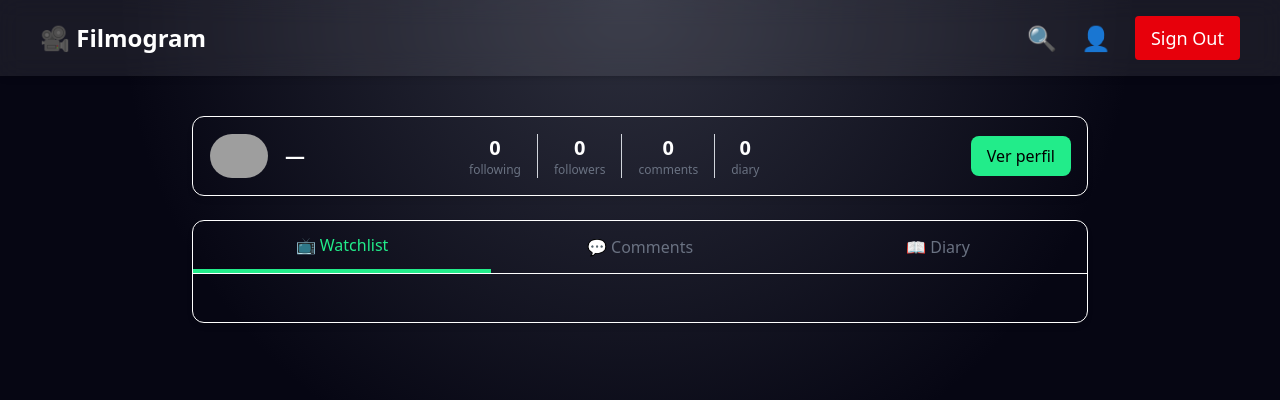
Repository: Leoonard1507/proyecto-final
Page: /client-profile
The author's editor kept a copy of each file at every save. The page is drawn from the files as they stood at one save, then again after the next save.
The browser window is 1280 px wide. The pictures show the whole page.
Pictures or frames that could not be fetched are drawn as grey boxes. The page's requests for data from a server got no answer. The project was rebuilt for these pictures with package versions that can differ from the ones it lists, and the page was loaded fresh each time. The framework's server and built-in components were replaced by stand-ins that run in the browser. No one was signed in, and anything a server would have sent is missing. Also part of the build but not shown: next.config.ts, src/app/components/profileSections/userWatchlist.tsx, src/app/components/profileSections/userComments.tsx, src/app/components/profileSections/userDiary.tsx, src/libs/axios.ts, src/app/components/profileSections/searchFavsEdit.tsx, src/app/components/profileSections/addFavoritesModal.tsx, src/app/components/profileSections/FavMoviesList.tsx.

Above is the page before, as saved 2025-05-26 13:57:49.

After the next save:
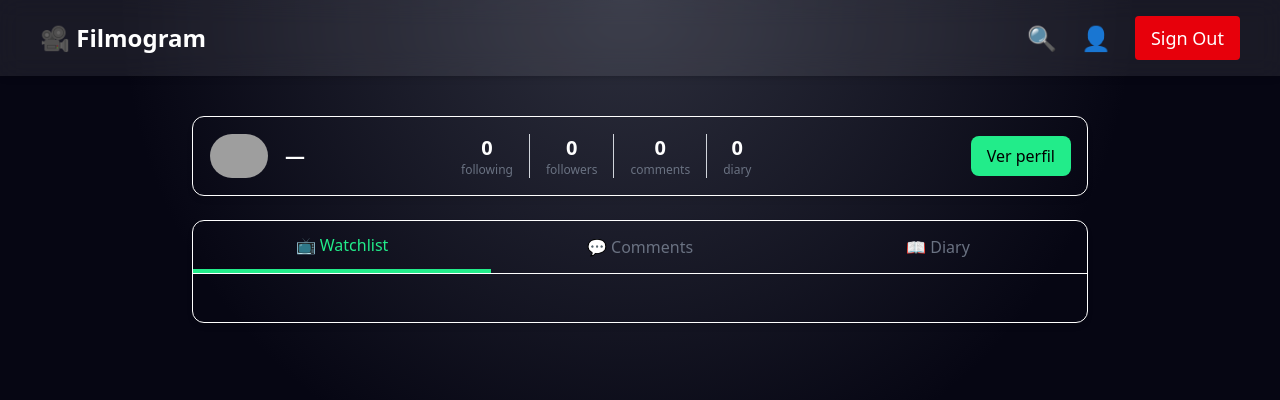
Saved 5 s later.
--- a/src/app/client-profile/page.tsx
+++ b/src/app/client-profile/page.tsx
@@ -180,7 +180,7 @@ export default function ProfilePage() {
               className="rounded-full border"
             />
             <span className="text-xl font-semibold">{nickname || "—"}</span>
-            <div className="flex flex-col ml-37 items-center border-r border-gray-300 pr-4">
+            <div className="flex flex-col ml-35 items-center border-r border-gray-300 pr-4">
               <span className="text-base font-semibold text-xl">
                 {followingCount !== null ? followingCount : "0"}
               </span>
